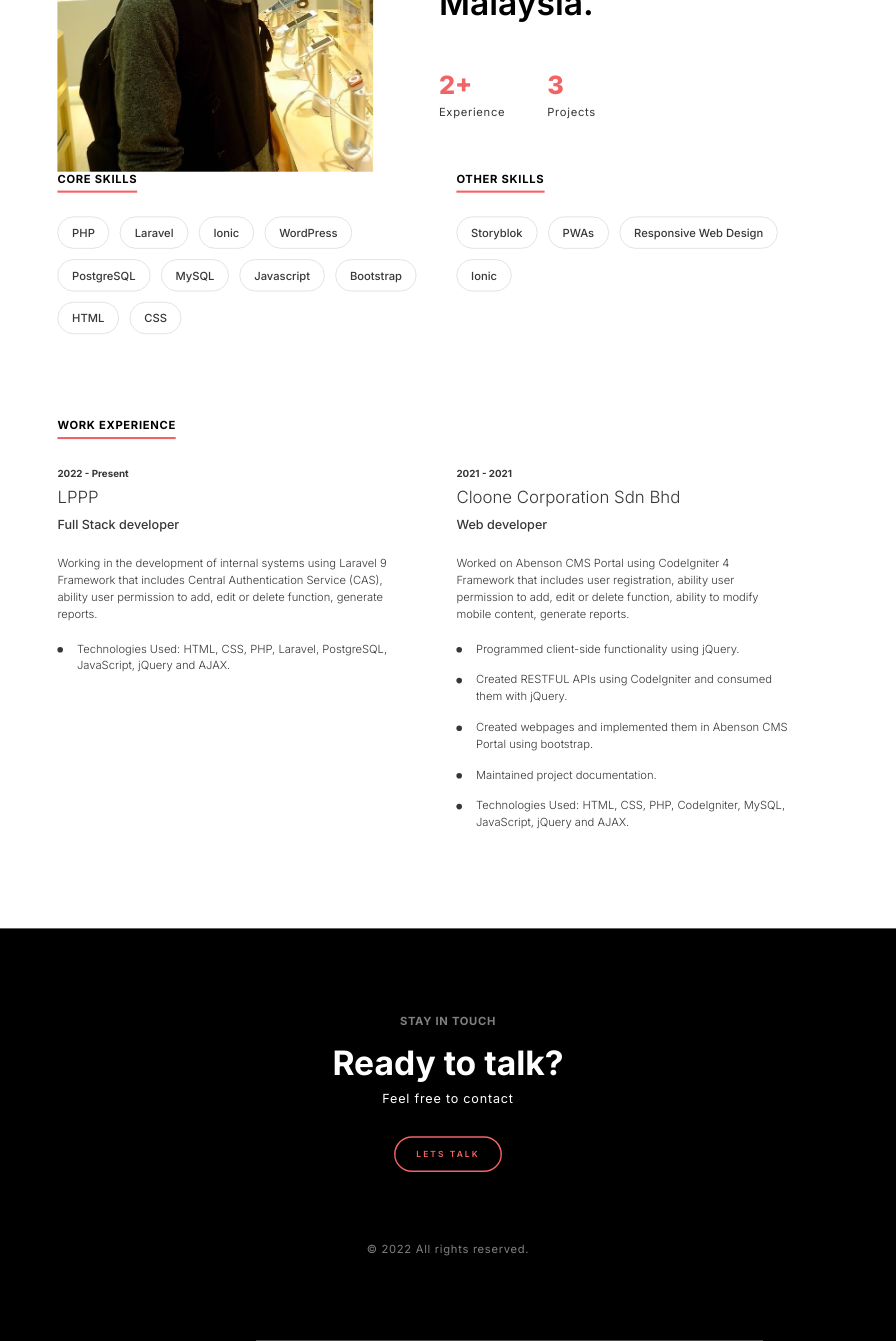
Repository: ikram749/ikram749.github.io
Page: index.html
An editor plug-in stored every save of this project. The page is shown before and after the next save, followed by the edit.
The browser window is 1280 px wide. The pictures show the part of the page from y = 535 to 2455 px (the page is 2451 px tall before and 2631 px after), at 70% of full size.

Above is the page before, as saved 2022-04-20 20:55:01.

After the next save:
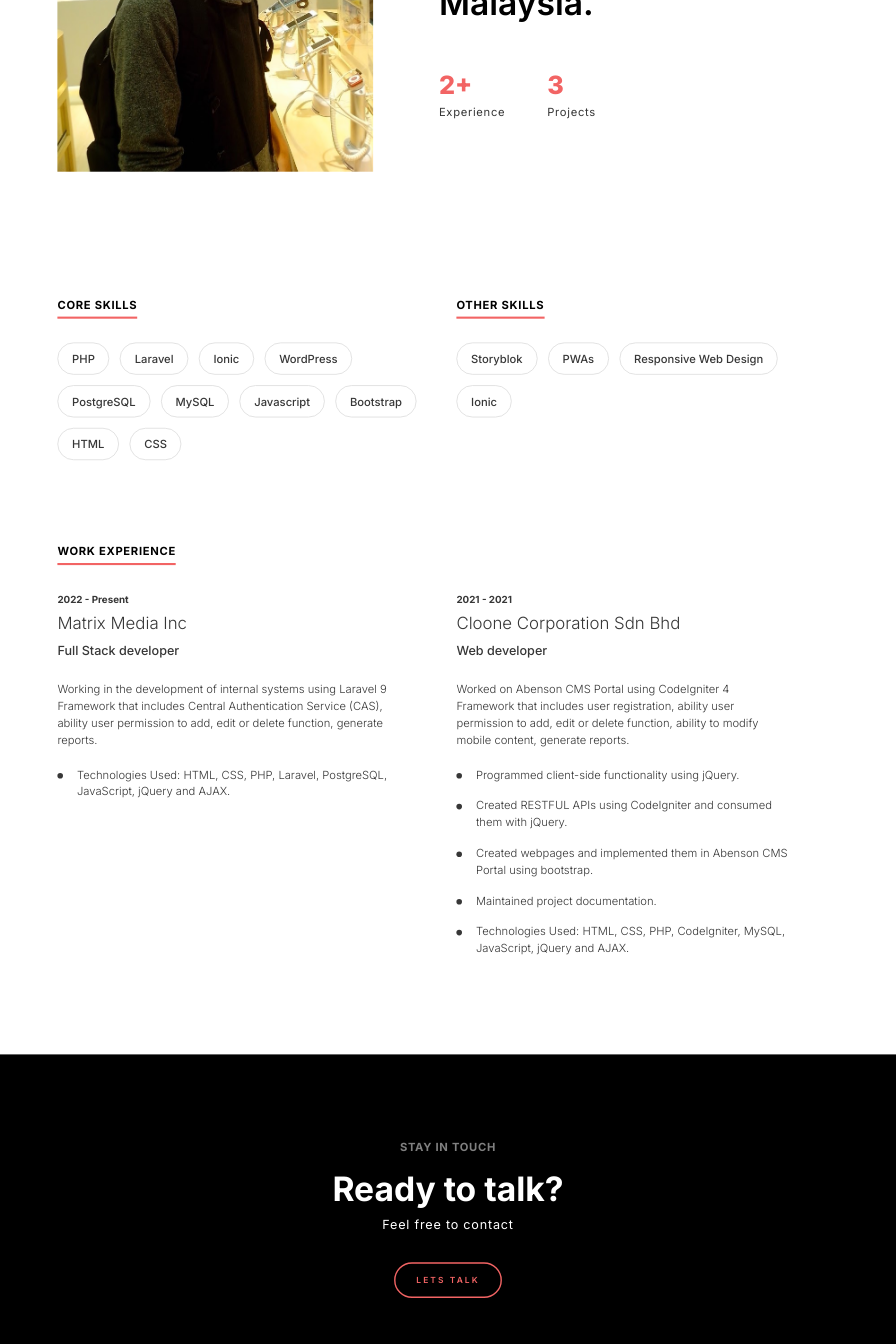
Saved 38 s later.
--- a/index.html
+++ b/index.html
@@ -79,17 +79,17 @@
     <!-- banner -->
 
     <!-- about -->
-    <!-- <div class="ds-about-section">
+    <div class="ds-about-section">
       <div class="container">
-        <section>
+        <!-- <section>
             <h2 class="ds-heading">About Me</h2>
             <p>Lorem ipsum dolor sit amet, consectetur adipiscing elit. Duis interdum ante a porta blandit. Quisque velit tortor, ultricies in quam ut, luctus convallis metus. Nunc vitae felis rutrum, mattis justo quis, bibendum tellus. Integer bibendum eget dolor nec venenatis. Aliquam erat volutpat. Etiam et est vitae turpis accumsan vulputate. Curabitur et vehicula nisl, eu congue dolor. Vivamus nec hendrerit mi Nulla consequat tempor.</p>
             <div class="ds-button-sec text-center">
                 <a href="#" class="ds-button">Download Resume</a>
             </div>
-        </section>
+        </section> -->
       </div>
-    </div> -->
+    </div>
     <!-- about -->
 
     <!--  Skills -->
@@ -134,7 +134,7 @@
             <div class="col-12 col-sm-12 col-md-6 col-lg-6 col-xl-6 col-xxl-6">
               <section>
                 <span class="ds-year">2022 - Present</span>
-                <h3 class="ds-officename">LPPP</h3>
+                <h3 class="ds-officename">Matrix Media Inc</h3>
                 <span class="ds-department">Full Stack developer</span>
                 <p>Working in the development of internal systems using Laravel 9 Framework that includes Central Authentication Service (CAS), ability user permission to add, edit or delete function, generate reports.</p>
                 <ul>
